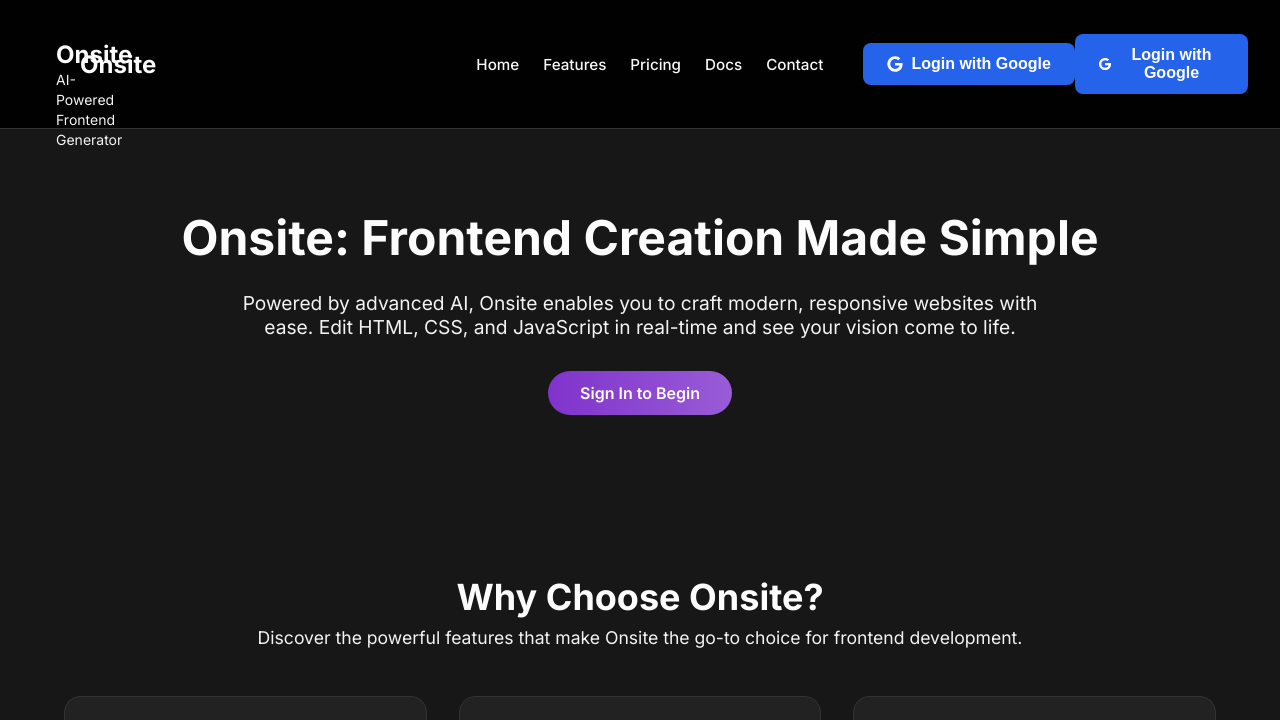
Repository: arifsoul/onsite
Page: / (app in onsite/)
The author's editor kept a copy of each file at every save. The page is drawn from the files as they stood at one save, then again after the next save.
The browser window is 1280 px wide. The pictures show the whole page.
An inner scrolling area shows only its first screen. The project was rebuilt for these pictures with package versions that can differ from the ones it lists, and the page was loaded fresh each time. Also part of the build but not shown: onsite/vite.config.js, onsite/src/components/Editor/CSSPanel.jsx, onsite/src/components/Editor/JSPanel.jsx, onsite/src/components/Editor/ComponentEditor.css, onsite/src/components/Editor/ComponentEditor.jsx, onsite/src/pages/Editor.css, onsite/src/pages/Editor.jsx, onsite/src/pages/Login.css and 1 more.

Above is the page before, as saved 2025-04-15 14:22:13.

After the next save:
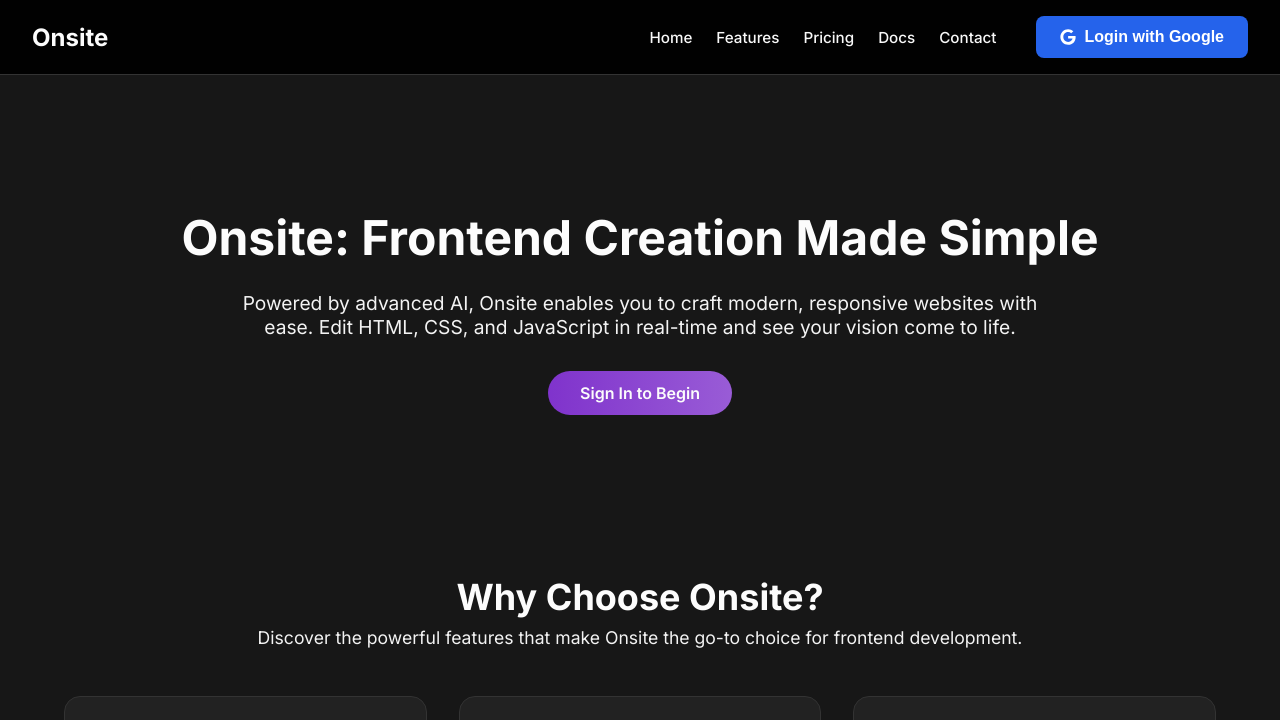
Saved 44 s later.
--- a/onsite/src/pages/Home.jsx
+++ b/onsite/src/pages/Home.jsx
@@ -1,6 +1,5 @@
 import React, { useState } from 'react';
 import { useAuth0 } from '@auth0/auth0-react';
-import GoogleLogin from '../components/Auth/GoogleLogin';
 import ComponentEditor from '../components/Editor/ComponentEditor';
 import LivePreview from '../components/Preview/LivePreview';
 import NavMenu from '../components/Navigation/NavMenu';
@@ -8,6 +7,7 @@
 import AIGenerator from '../components/Generator/AIGenerator';
 import { Link } from 'react-router-dom';
 import './Home.css';
+
 
 const Home = () => {
   const { isAuthenticated } = useAuth0();
@@ -31,12 +31,7 @@
   return (
     <div className="home-container">
       <header className="home-header">
-        <div className="logo">
-          <h1>Onsite</h1>
-          <span>AI-Powered Frontend Generator</span>
-        </div>
         <NavMenu />
-        <GoogleLogin />
       </header>
       <main className="home-main">
         <section className="hero-section">
